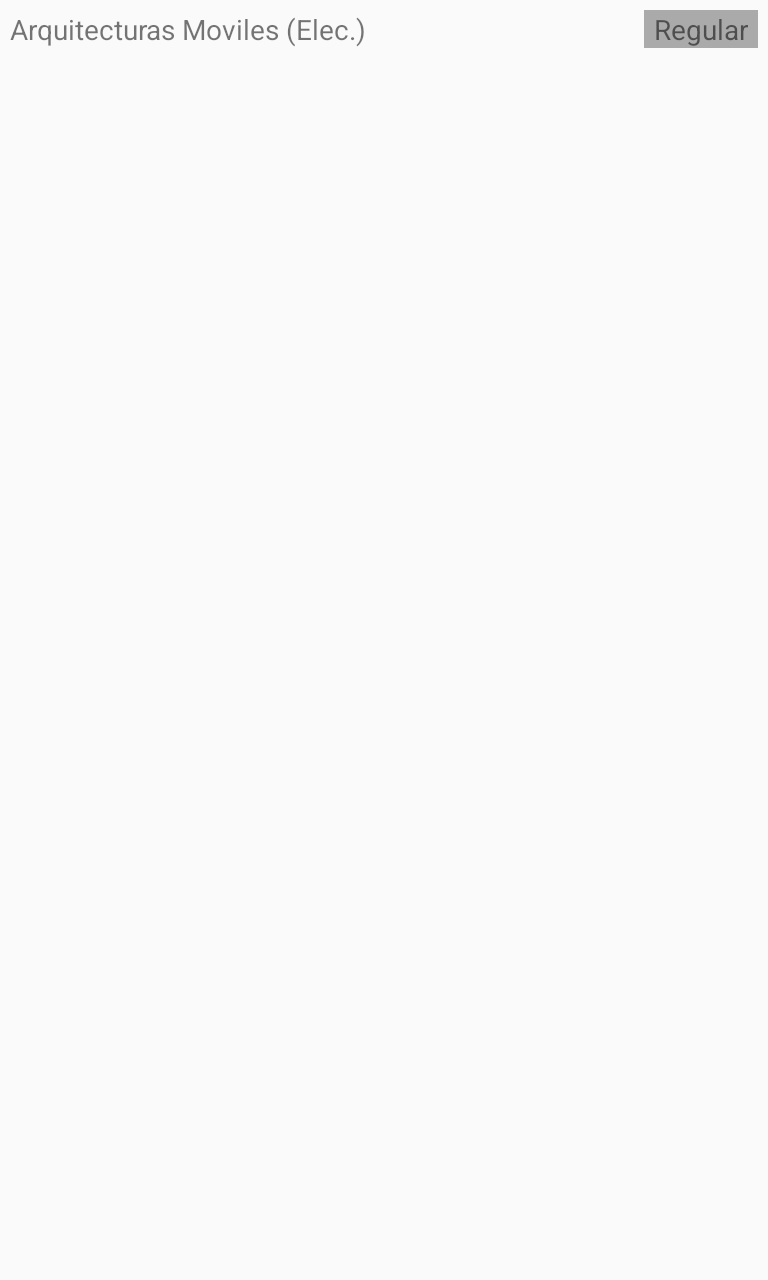
Repository: juanpablobono/Sysacadalumnos
Layout: Sysacad/res/layout/lst_cursado_item.xml
The author's editor kept a copy of each file at every save. The layout is drawn from the files as they stood at one save, then again after the next save.
It is drawn on a 768 x 1280 px phone screen (xhdpi) without system bars, with theme temaSysacad; the app's code is not run.

Above is the layout before, as saved 2014-07-07 12:37:33.

### Sysacad/res/layout/lst_cursado_item.xml
<?xml version="1.0" encoding="utf-8"?>
<RelativeLayout xmlns:android="http://schemas.android.com/apk/res/android"
    android:layout_width="match_parent"
    android:layout_height="match_parent"
    android:padding="5dp">

    <TextView
        android:id="@+id/lblNombreMateria"
        android:layout_width="wrap_content"
        android:layout_height="wrap_content"
        android:layout_alignParentLeft="true"
        android:layout_alignParentTop="true"
        android:text="Arquitecturas Moviles (Elec.)"
        android:layout_toLeftOf="@+id/lblCondicion"
        android:layout_marginRight="5dp"
        android:maxLines="1"/>

    <TextView
        android:id="@+id/lblCondicion"
        android:layout_width="wrap_content"
        android:layout_height="wrap_content"
        android:layout_alignParentRight="true"
        android:layout_alignParentTop="true"
        android:background="@android:color/darker_gray"
        android:text="Regular"
        android:paddingLeft="5dp"
        android:paddingRight="5dp"/>

</RelativeLayout>

### Sysacad/res/values/styles.xml
<resources xmlns:android="http://schemas.android.com/apk/res/android">

    <!--
        Base application theme, dependent on API level. This theme is replaced
        by AppBaseTheme from res/values-vXX/styles.xml on newer devices.

         <item name="android:background">@color/background_activities</item>
    -->

    <!-- the theme applied to the application or activity -->

    <style name="temaSysacad" parent="@style/Theme.AppCompat.Light.DarkActionBar">

    </style>

</resources>

After the next save:
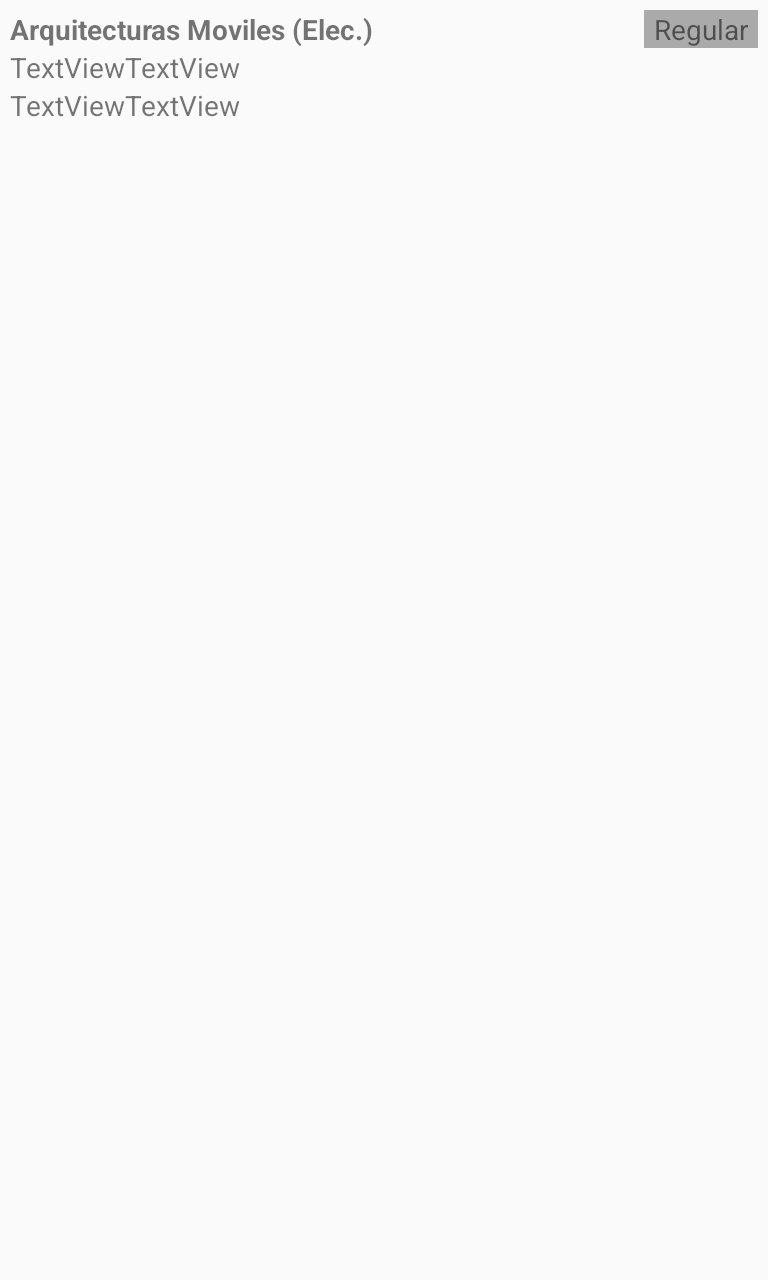
Saved 4 min 53 s later.
--- a/Sysacad/res/layout/lst_cursado_item.xml
+++ b/Sysacad/res/layout/lst_cursado_item.xml
@@ -13,6 +13,8 @@
         android:text="Arquitecturas Moviles (Elec.)"
         android:layout_toLeftOf="@+id/lblCondicion"
         android:layout_marginRight="5dp"
+        android:textSize="14sp"
+        android:textStyle="bold"
         android:maxLines="1"/>
 
     <TextView
@@ -26,4 +28,38 @@
         android:paddingLeft="5dp"
         android:paddingRight="5dp"/>
 
+    <TextView
+        android:id="@+id/textView1"
+        android:layout_width="wrap_content"
+        android:layout_height="wrap_content"
+        android:layout_alignParentLeft="true"
+        android:layout_below="@+id/lblNombreMateria"
+        android:text="TextView" />
+
+    <TextView
+        android:id="@+id/textView2"
+        android:layout_width="wrap_content"
+        android:layout_height="wrap_content"
+        android:layout_alignParentLeft="true"
+        android:layout_below="@+id/textView1"
+        android:text="TextView" />
+
+    <TextView
+        android:id="@+id/textView3"
+        android:layout_width="wrap_content"
+        android:layout_height="wrap_content"
+        android:layout_alignBaseline="@+id/textView1"
+        android:layout_alignBottom="@+id/textView1"
+        android:layout_toRightOf="@+id/textView1"
+        android:text="TextView" />
+
+    <TextView
+        android:id="@+id/textView4"
+        android:layout_width="wrap_content"
+        android:layout_height="wrap_content"
+        android:layout_alignBaseline="@+id/textView2"
+        android:layout_alignBottom="@+id/textView2"
+        android:layout_alignLeft="@+id/textView3"
+        android:text="TextView" />
+
 </RelativeLayout>
